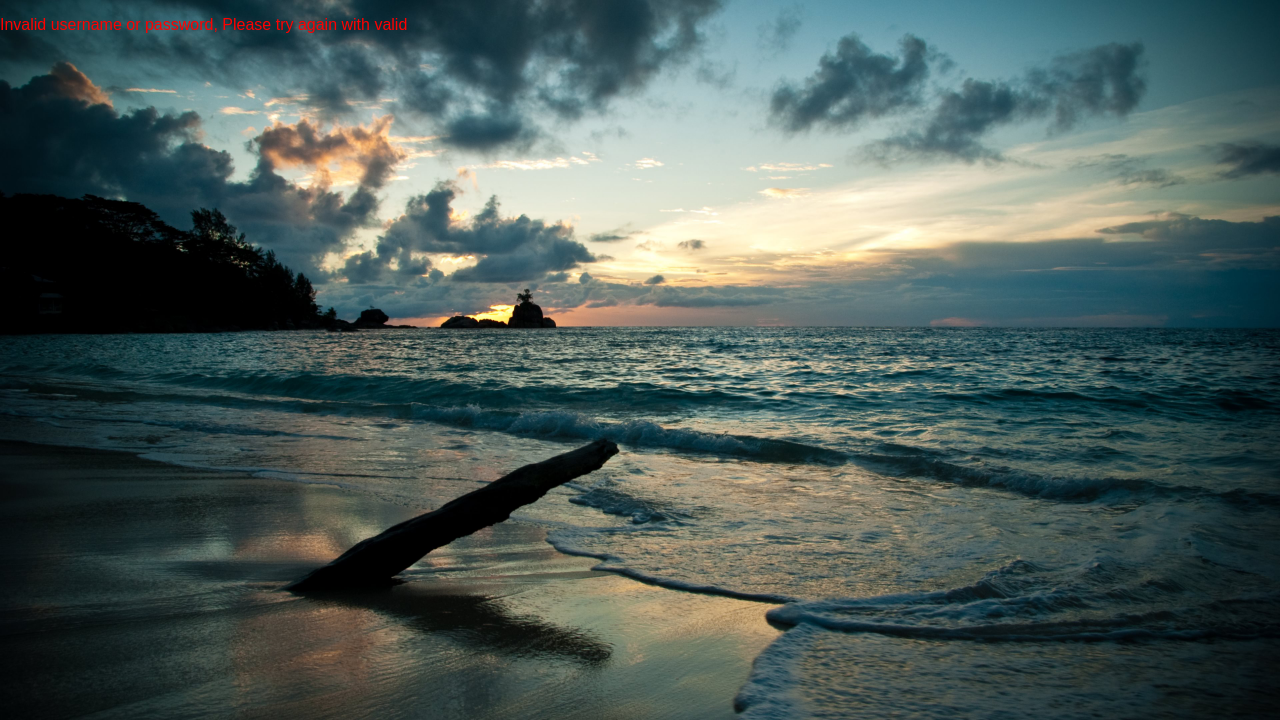
Repository: Berilinanir/Login-Logout-System
Page: Loginn/WebContent/error.html
The author's editor kept a copy of each file at every save. The page is drawn from the files as they stood at one save, then again after the next save.
The browser window is 1280 px wide. The pictures show the whole page.

Above is the page before, as saved 2018-10-13 19:14:55.

After the next save:
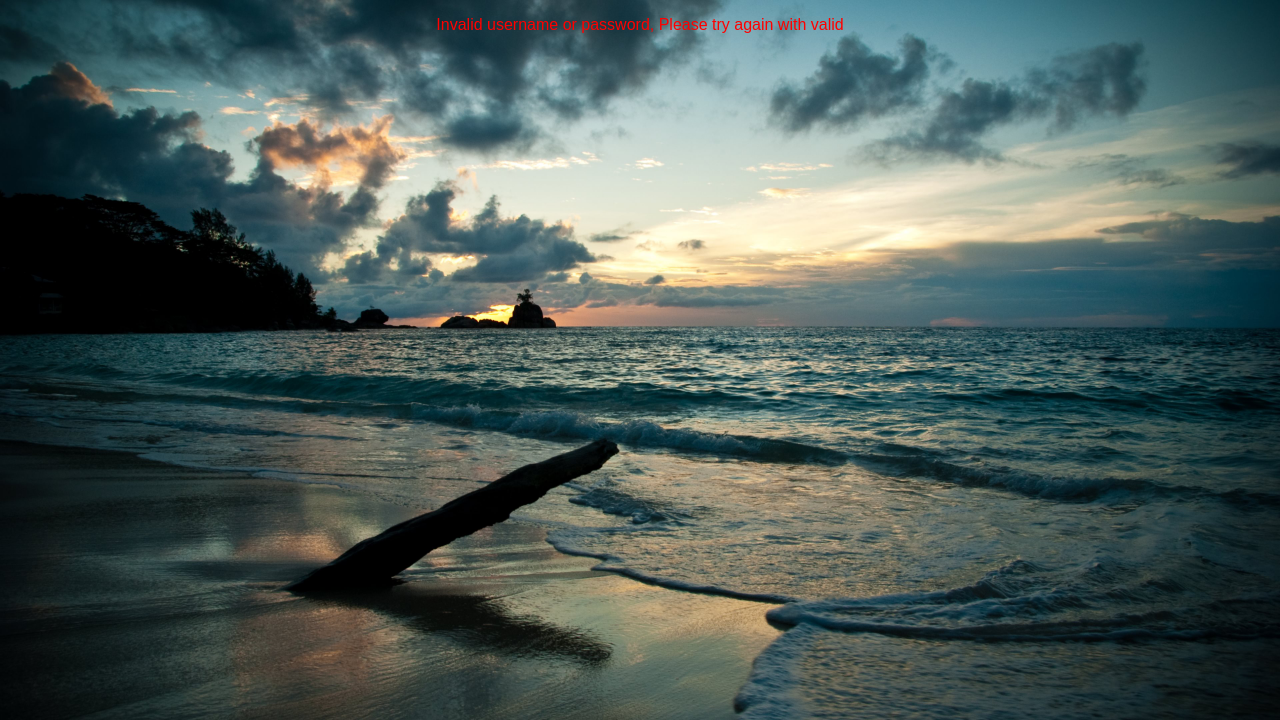
Saved 4 min 12 s later.
--- a/Loginn/WebContent/error.html
+++ b/Loginn/WebContent/error.html
@@ -13,7 +13,7 @@
 
 
 
-<p style="color:red">Invalid username or password, Please try again with valid </p>
+<p style="color:red" align="center">Invalid username or password, Please try again with valid </p>
 
 
 
